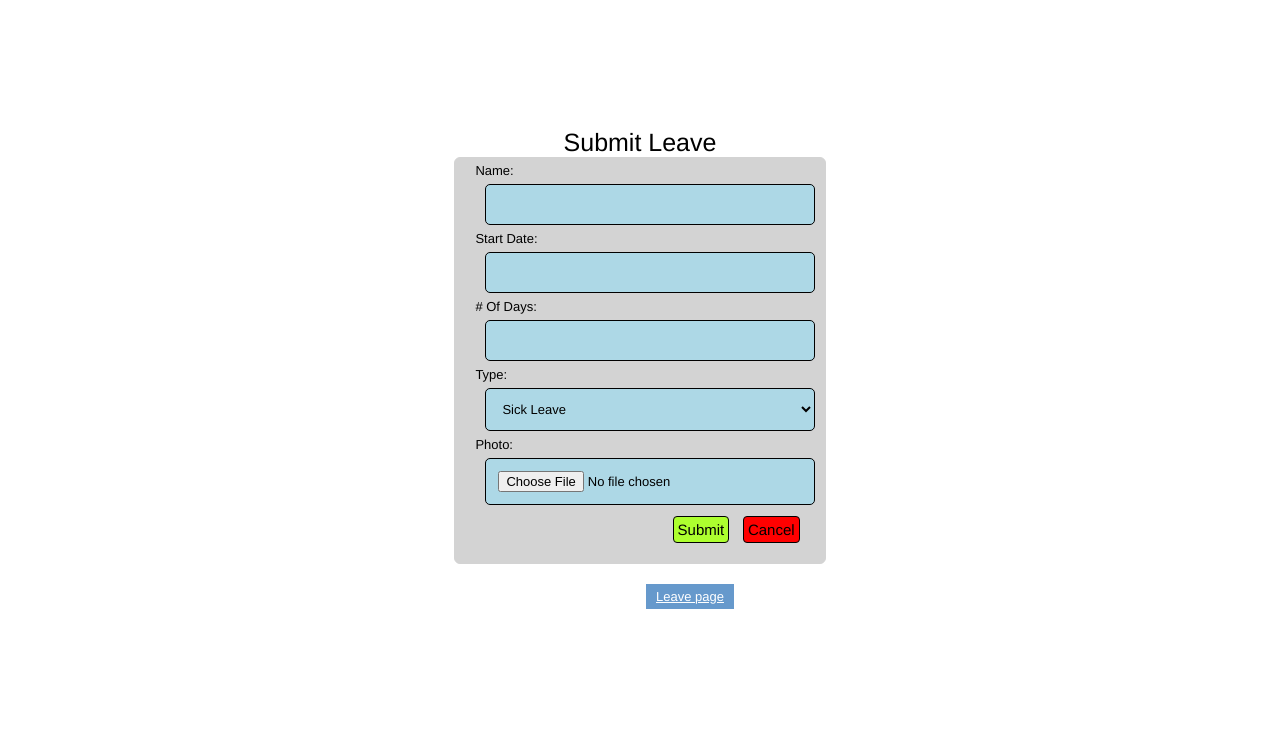
Repository: Murad71/BasicCRUD
Page: index.html
An editor plug-in stored every save of this project. The page is shown before and after a run of saves, followed by the edit.
The browser window is 1280 px wide. The pictures show the whole page.

Above is the page before, as saved 2023-04-18 21:37:55.

### index.html
<!DOCTYPE html>
<html lang="en">
  <head>
    <meta charset="UTF-8" />
    <meta http-equiv="X-UA-Compatible" content="IE=edge" />
    <meta name="viewport" content="width=device-width, initial-scale=1.0" />
    <link rel="stylesheet" href="index.css" />
    <title>Leave Request</title>
  </head>
  <body>
    <div class="flex1">
      <form id="form1">
        <header>Submit Leave</header>
        <div class="container">
          <label for="name">Name:</label>
          <input type="text" id="name" name="name" />
          <br />
          <label for="startdate">Start Date:</label>
          <input type="text" id="startdate" name="startdate" />
          <br />
          <label for="days"># Of Days:</label>
          <input type="text" id="days" name="days" />
          <br />
          <label for="leaves">Type:</label>
          <select id="leave" name="leaves" required>
            <option value="Sick leave">Sick Leave</option>
            <option value="Early leave">Early Leave</option>
            <option value="Vacation leave">Vacation Leave</option>
            <option value="Other">Other</option>
          </select>
          <br />
          <label for="photo">Photo:</label>
          <input type="file" id="photo" name="photo"/>
          <div class="button-container">
            <input type="submit" value="Submit" id="submitButton"/>
            <input type="reset" value="Cancel" class="cancel" />
          </div>
        </div>
      </form>
      <div class="anchorContainer">
        <a href="index1.html"> Leave page</a>
        <!--Added the hyperlink here-->
      </div>
    </div>
    <script src="script.js"></script>
  </body>
</html>

### index.css
* {
  box-sizing: border-box;
  font-family: "Franklin Gothic Medium", "Arial Narrow", Arial, sans-serif;
  font-size: small;
}

.flex1
{
  align-items: center;
  display: flex;
  justify-content: center;
  height: 100vh;
  flex-direction: column;
}

.container {
  background-color: lightgray;
  padding: 5px 20px 15px 20px;
  border: 1px solid lightgray;
  border-radius: 6px;
  flex-direction: column;
  margin-bottom: 20px;
  width: 100%;
}

header {
  font-size: 25px;
  text-align: center;
}

input[type="text"],
input[type="file"],
select,
textarea {
  width: 100%;
  padding: 12px;
  margin: 6px;
  border: 1px solid;
  border-radius: 5px;
  margin-left: 10px;
  background-color: lightblue;
}

.button-container {
  text-align: right;
}

input[type="submit"],
input[type="reset"] {
  font-size: 15px;
  border: 1px solid;
  margin: 5px;
  padding: 4px;
  background-color: greenyellow;
  border-radius: 4px;
}

input[type="reset"].cancel {
  background-color: red;
}

.anchorContainer {
  margin-left: 100px;
}

a {
  display: inline-block;
  background: #69c;
  color: #fff;
  padding: 5px 10px;
}

### script.js
let storage=JSON.parse(localStorage.getItem('store')) || [];
let index=JSON.parse(localStorage.getItem('rIndex')) || null;
const submitButtonCatch=document.getElementById("submitButton");
const img= new Image();

//after clicking the submit button
submitButtonCatch.addEventListener("click",() =>{
    const form=document.getElementById("form1");
    let object={};
    let flag=true;

    object["id"]= Date.now();
    for(let i=0;i<form.length;i++)
    {
        if(form.elements[i].name=="photo")
        {
            object[form.elements[i].name]= img.src;
        }
        else
        {
            object[form.elements[i].name]=form.elements[i].value;
        }
        if(form.elements[i].value=='')
        {
            flag=false;
            alert("WARNING: Fill all the given Input correctly.");
            break;
        }
        if(form.elements[i].name=="days" && (form.elements[i].value>7 || form.elements[i].value<1))
        {
            flag=false;
            alert("WARNING: Enter a valid number for vacation");
            break;
        }
    }

    if(flag)
    {
        alert("Your data has been submitted Successfully!!");
        if(index!=null)
        {
            storage[index]=object;
            index=null;
        }
        else storage.push(object);


        localStorage.setItem('store',JSON.stringify(storage));
        localStorage.setItem('rIndex',JSON.stringify(index));
        form.reset();
    }
});


//base64 conversion
const fileEl= document.getElementById('photo');
fileEl.addEventListener('change', () =>{

    const fr= new FileReader();
    fr.readAsDataURL(fileEl.files[0]);

    fr.addEventListener('load', ()=>{

        const url= fr.result;
        img.src= url;

    });

});


console.log(storage);



// let submitButtonClicked=document.getElementById("submitButton");
// let indx=0;
// let flag= true;
// let obj={};

// submitButtonClicked.addEventListener('click',() =>{

//     const form= document.getElementById('form1');
//     obj["id"]= indx;
//     indx++;
//     for(let i=0; i<form.length; i++)
//     {
//         obj[form.elements[i].name]=form.elements[i].value;
//         if(form.elements[i].value=='')
//         {
//             flag=false;
//             alert("WARNING: Fill all the given Input correctly.");
//             break;
//         }
//         if(form.elements[i].name=="days" && (form.elements[i].value>7 || form.elements[i].value<1))
//         {
//             flag=false;
//             alert("WARNING: Enter a valid number for vacation");
//             break;
//         }
//     }

//     if(flag)
//     {
//         alert("Data entered successfully!");
//         insertData();
//     }

// });


// function intertData()
// {
//     const table = document.getElementsByClassName("tbody1")[0];
//           var row=document.createElement('tr');
//            row.innerHTML = `<td>${obj.name}</td>
//                 <td>${obj.startdate}</td>
//                 <td>${obj.days}</td>
//                 <td>${obj.leaves}</td>
//                 <td><img id="img" src=${obj.photo} alt=""></td>
//                 <td><a href="index.html" id="edit">Edit</a> <input type='button' value= 'Reject' name=${obj.id} id="reject"/></td>`;
//             table.appendChild(row);
// }

After the next 3 saves:
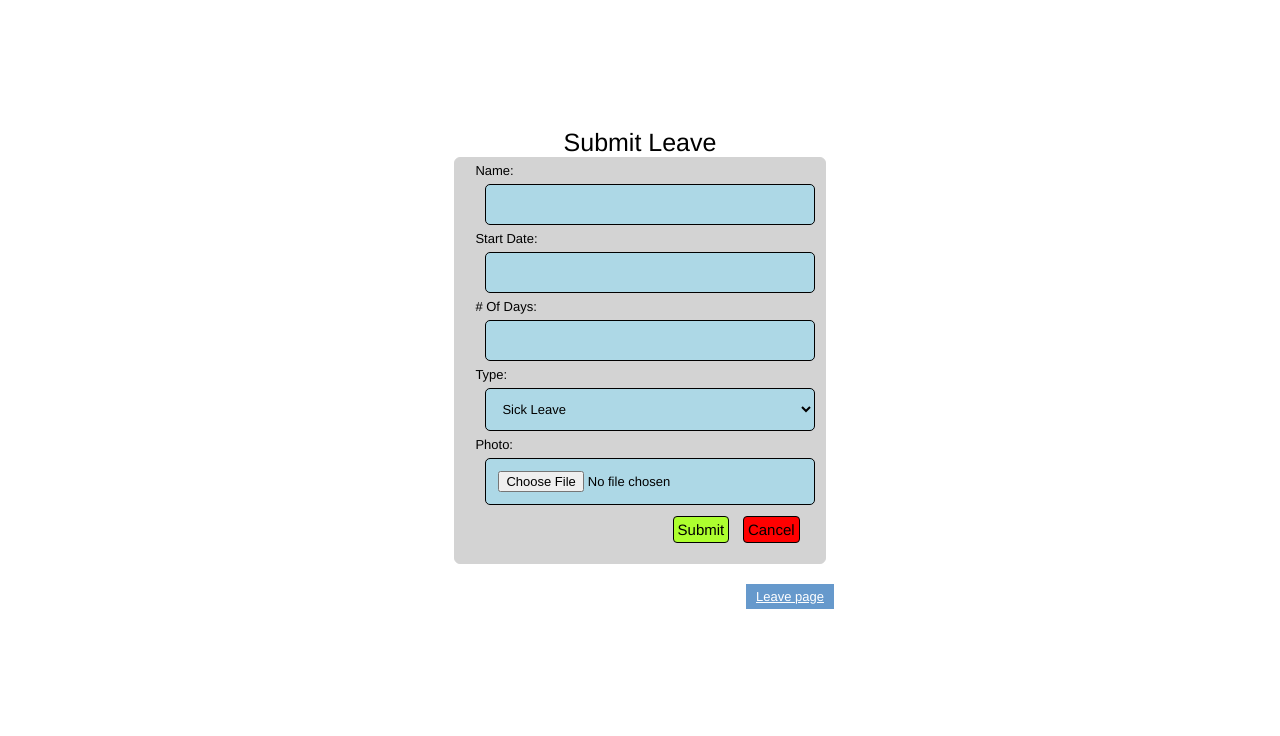
The 3 saves are shown as one change because they came seconds apart.
The last was saved 8 s later.
--- a/index.css
+++ b/index.css
@@ -60,7 +60,7 @@ input[type="reset"].cancel {
 }
 
 .anchorContainer {
-  margin-left: 100px;
+  margin-left: 300px;
 }
 
 a {
